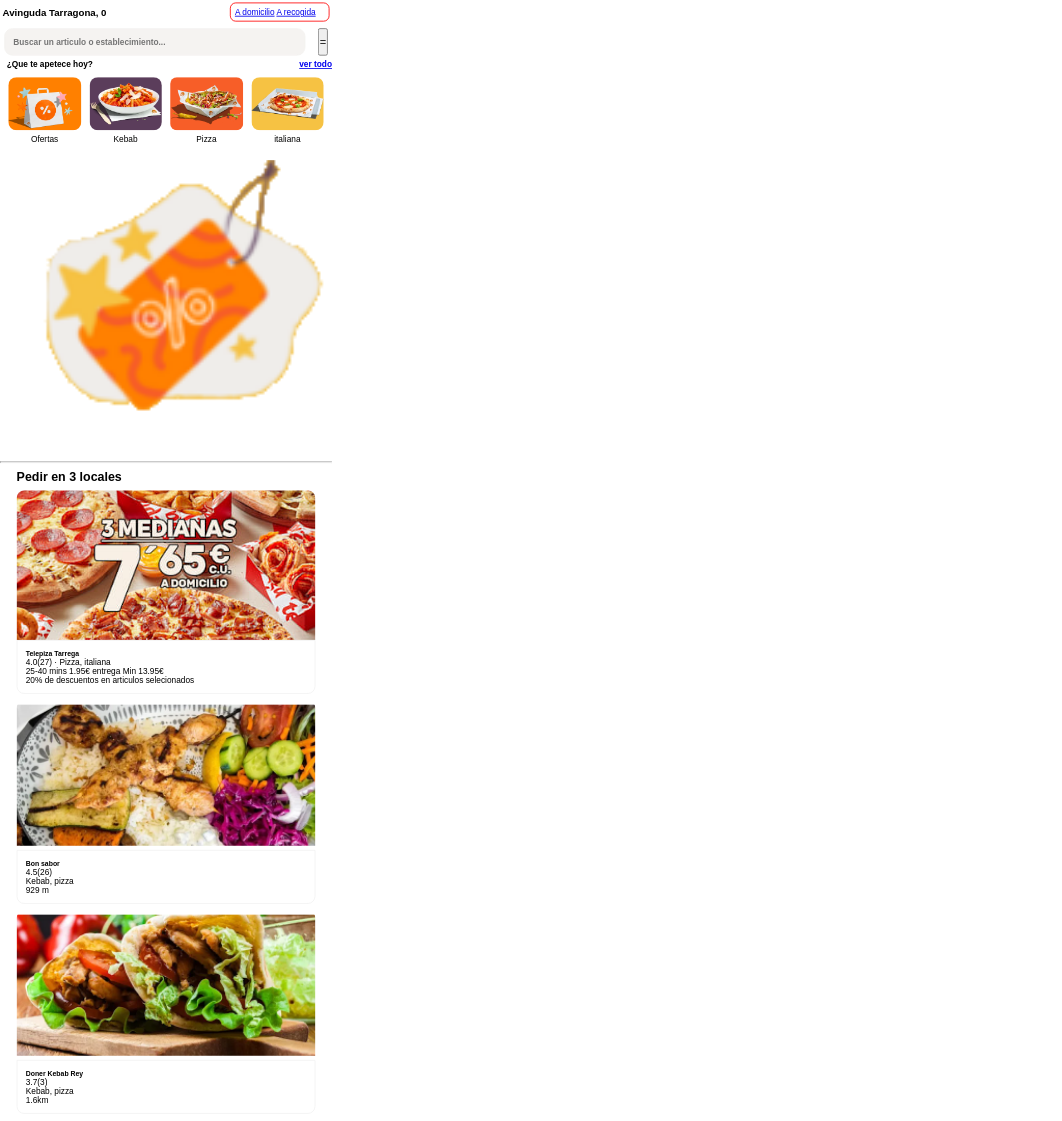
Repository: Srpinedaa/justEat
Page: index.html
These files come from the project's save history. The page is drawn as it stood at one moment and after a run of saves; the edit follows.
The browser window is 1280 px wide. The pictures show the whole page, at 83% of full size.

Above is the page before, as saved 2024-10-03 15:41:37.

### index.html
<!DOCTYPE html>
<html lang="en">

<head>
    <meta charset="UTF-8">
    <meta name="viewport" content="width=, initial-scale=1.0">
    <title>Just Eat</title>
    <link rel="stylesheet" href="css/estilos.css">
</head>

<body>
    <div id="all">
        <header>
            <div id="navDireccion">
                <h3 class="direccion">Avinguda Tarragona, 0</h3>
                <div class="formaPedido">
                    <a href="#">A domicilio</a>
                    <a href="#">A recogida</a>
                </div>
            </div>

            <div id="navBuscador">
                <input type="search" placeholder="Buscar un articulo o establecimiento...">
                <button>=</button>
            </div>
        </header>
        <main>
            <div id="contenido">
                <div id="bloque1">
                    <section class="bloque1Sesion1">
                        <h4>¿Que te apetece hoy?</h4>
                        <h4><a href="#">ver todo</a></h4>
                    </section>
                    <section class="bloque1Sesion2">
                        <div class="fotoComida ofertas">
                            <img src="img/ofertas.png" alt="ofertas">
                            <p>Ofertas</p>
                        </div>
                        <div class="fotoComida kebab">
                            <img src="img/italiana.png" alt="italiana">
                            <p>Kebab</p>
                        </div>
                        <div class="fotoComida kebab2">
                            <img src="img/kebab.png" alt="kebab">
                            <p>Pizza</p>
                        </div>
                        <div class="fotoComida pizza">
                            <img src="img/pizza.png" alt="pizza">
                            <p>italiana</p>
                        </div>
                    </section>
                </div>
                <div id="bloque2">
                    <div id="slideShow">
                        <img src="img/descuento.png" alt="descuentos">
                    </div>
                </div>
                <hr>
                <div id="bloque3">
                    <h2>Pedir en 3 locales</h2>
                    <section class="bloquePedidos">
                        <div class="pedido">
                            <div class="imagenPedido">
                                <img src="img/pizza.jpg" alt="pizza">
                            </div>
                            <div class="informacionPedido">
                                <h5>Telepiza Tarrega</h5>
                                <p>4.0(27) · Pizza, italiana</p>
                                <p>25-40 mins 1.95€ entrega Min 13.95€</p>
                                <p>20% de descuentos en articulos selecionados</p>
                            </div>
                        </div>
                        <div class="pedido">
                            <div class="imagenPedido">
                                <img src="img/combinat.png" alt="pizza">
                            </div>
                            <div class="informacionPedido">
                                <h5>Bon sabor</h5>
                                <p>4.5(26)</p>
                                <p>Kebab, pizza</p>
                                <p>929 m</p>
                            </div>
                        </div>
                        <div class="pedido">
                            <div class="imagenPedido">
                                <img src="img/doner.png" alt="pizza">
                            </div>
                            <div class="informacionPedido">
                                <h5>Doner Kebab Rey</h5>
                                <p>3.7(3)</p>
                                <p>Kebab, pizza</p>
                                <p>1.6km</p>
                            </div>
                        </div>
                    </section>
                </div>
            </div>
        </main>
        <footer></footer>
    </div>
</body>

</html>

### css/estilos.css
*{
    margin: 0;
    padding: 0;
    box-sizing: border-box;
    font-family: sans-serif;
}

html{
    font-size: 62.5%;
}

#all{
    /* border: 1px solid red; */
    overflow: hidden;
    width: 40rem;

}

#navDireccion{
    /* border: 1px solid green; */
    display: flex;
    justify-content: space-between;
    margin-bottom: 9px;
    padding: 3px;
    align-items: center;
    margin: 0;
}

#navBuscador{
    padding: 5px;
    /* border: 1px solid blue; */
    display: flex;
    justify-content: space-between;
}

#navBuscador input{
    width: 93%;
    border-radius: 1rem;
    padding: 1rem;
    border: 1px solid #f5f3f1;
    background-color: #f5f3f1;
    font-size: 1rem;
    font-weight: bolder;

}

.buscador{
    /* border: 1px solid red; */
    border-radius: 7px;
    padding: 5px;
}


#slideShow{
    width: 100%;
    height: auto;
    margin-bottom: 2rem;
    padding: 5px;
    /* border: 1px solid cadetblue; */
}

#slideShow img{
    width: 100%;
    height: 100%;
}

.formaPedido{
    border: 1px solid red;
    border-radius: 7px;
    padding: 5px;
    width: 12rem;
    padding: 5px;

}

#contenido{
    /* border: 1px solid green; */
}

#bloque1{
    /* border: 1px solid blue; */
    display: flex;
    flex-direction: column;
}

.bloque1Sesion1{
    /* border: 1px solid pink; */
    display: flex;
    justify-content: space-between;
}

.bloque1Sesion1 h4:first-child{
    margin-left: 8px;
}

.bloque1Sesion2{
    /* border: 1px solid brown; */
    display: flex;
    width: 100%;
    justify-content: space-between;
    padding: 5px;
}

.fotoComida{
    width: 20rem;
    height: auto;
    padding: 5px;
    display: flex;
    flex-direction: column;
    align-items: center;
}

.fotoComida img{
    width: 100%;
    height: 100%;
    border-radius: 8px;
    /* border: 1px solid salmon; */
}

.ofertas img,
.kebab img,
.kabab2 img,
.pizza img{
    border-radius: 1rem;

}

.ofertas img{
    background-color: #ff8000;
}

.kebab img{
    background-color: #5b3d5b;

}

.kebab2 img{
    background-color: #f75e28;

}

.pizza img{
    background-color: #f6c243;

}

.fotoComida p{
    margin: 5px 0;
}

#bloque3{
    margin-top: 8px;
}

#bloque3 h2{
    margin-bottom: 8px;
    margin-left: 2rem;
}

.bloquePedidos{
    /* border: 1px solid blue; */
}

.pedido{
    width: 100%;
    /* border: 1px solid green; */
    display: flex;
    flex-direction: column;
    border-radius: 8px;
    margin-bottom: 8px;
}

.imagenPedido{
    width: 36rem;
    /* border: 1px solid red; */
    display: flex;
    justify-content: center;
    align-items: center;
    height: 18rem;
    overflow: hidden;
    border-top-right-radius: 9px;
    border-top-left-radius: 9px;
    margin: 0 auto;
    /* position: relative; */
}

.imagenPedido img{
    width: 100%;
    height: auto;
}

.informacionPedido{
    width: 36rem;
    /* background-color: wheat; */
    display: flex;
    flex-direction: column;
    flex-wrap: wrap;
    margin: 0 auto;
    padding: 1rem;
    border-bottom-left-radius: 9px;
    border-bottom-right-radius: 9px;
    border: 1px solid #f2f2f2;

}

.informacionPedido h5{
    width: 100%;
}

.informacionPedido p:last-child{
    width: 100%;
}

After the next 2 saves:
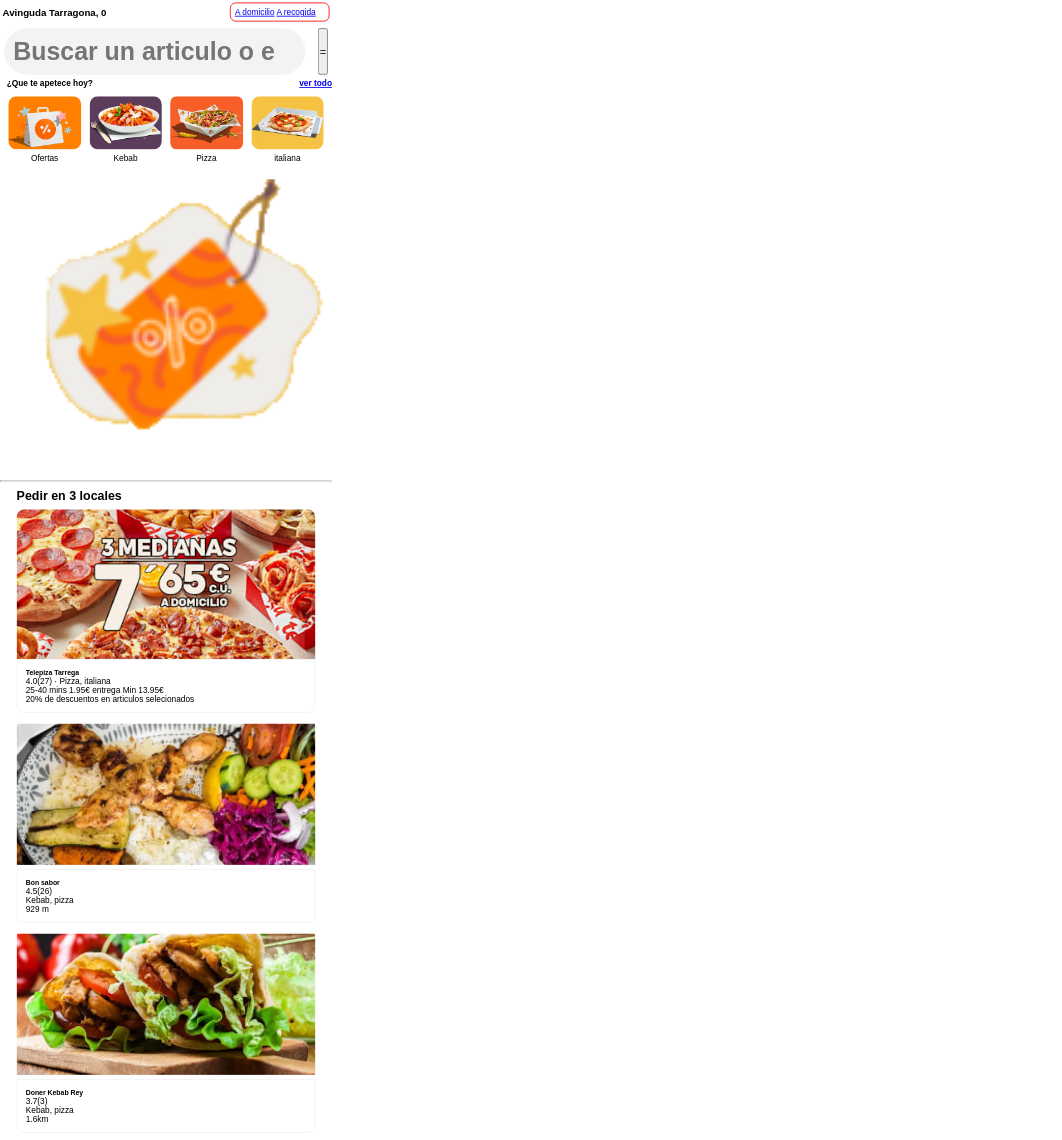
The 2 saves are shown as one change because they came seconds apart.
The last was saved 58 s later.
--- a/css/estilos.css
+++ b/css/estilos.css
@@ -35,11 +35,11 @@
 
 #navBuscador input{
     width: 93%;
-    border-radius: 1rem;
+    border-radius: 3rem;
     padding: 1rem;
     border: 1px solid #f5f3f1;
     background-color: #f5f3f1;
-    font-size: 1rem;
+    font-size: 3rem;
     font-weight: bolder;
 
 }
